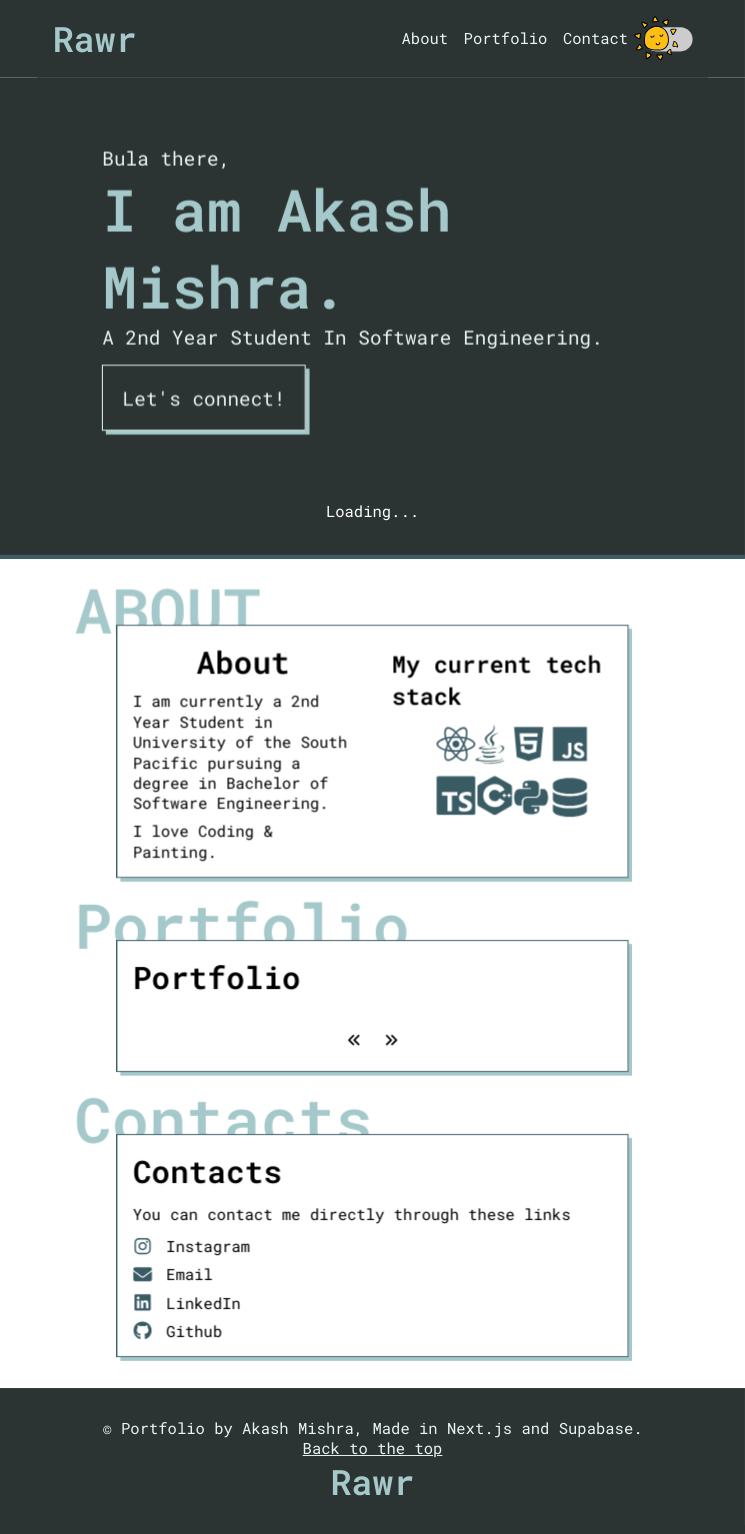
Repository: akashrawr/personal-portfolio
Page: /
An editor plug-in stored every save of this project. The page is shown before and after the next save, followed by the edit.
The browser window is 768 px wide. The pictures show the whole page, at 97% of full size.
The page's requests for data from a server got no answer. The project was rebuilt for these pictures with package versions that can differ from the ones it lists, and the page was loaded fresh each time. The framework's server and built-in components were replaced by stand-ins that run in the browser. No one was signed in, and anything a server would have sent is missing. Also part of the build but not shown: next.config.ts.

Above is the page before, as saved 2025-01-03 20:35:55.

### app/layout.tsx
import type { Metadata } from "next";
import { Geist, Geist_Mono } from "next/font/google";
import "./globals.css";

const geistSans = Geist({
  variable: "--font-geist-sans",
  subsets: ["latin"],
});

const geistMono = Geist_Mono({
  variable: "--font-geist-mono",
  subsets: ["latin"],
});

export const metadata: Metadata = {
  title: "akashrawr",
  description: "Personal Portfolio",
};

export default function RootLayout({
  children,
}: Readonly<{
  children: React.ReactNode;
}>) {
  return (
    <html lang="en" translate="no"> {/* Prevent translation of the entire page */}
      <head>
        <meta charSet="UTF-8" />
        <meta httpEquiv="Content-Language" content="en" /> {/* Explicitly set content language */}
        <meta name="google" content="notranslate" /> {/* Inform Google to not translate */}
        <link rel="icon" href="/rawr.ico" type="image/x-icon" />
        <title>akashrawr</title>
        <meta name="description" content="My Personal Portfolio" />
      </head>
      <body className={`${geistSans.variable} ${geistMono.variable} antialiased`}>
        <div className="notranslate">
          {children}
        </div>
      </body>
    </html>
  );
}

### app/page.tsx
"use client"; // Enables client-side functionality
import React, { useState, useEffect } from "react";
import AOS from "aos";
import "aos/dist/aos.css";
import "./globals.css"; // Import global styles

// Import components
import Header from "./components/Header";
import Hero from "./components/Hero";
import About from "./components/About";
import Portfolio from "./components/Portfolio";
import Contact from "./components/Contact";
import Footer from "./components/Footer";

const Page: React.FC = () => {
  useEffect(() => {
    AOS.init({ once: true, delay: 0 });
  }, []);

  const [isNavVisible, setIsNavVisible] = useState(false);
  const [darkMode, setDarkMode] = useState(false);

  const toggleNav = () => {
    setIsNavVisible(!isNavVisible);
  };

  const toggleDarkMode = () => {
    setDarkMode(!darkMode);
    document.body.classList.toggle("dark-mode", !darkMode);
  };

  return (
    <div>
      <Header
        isNavVisible={isNavVisible}
        toggleNav={toggleNav}
        darkMode={darkMode}
        toggleDarkMode={toggleDarkMode}
      />
      <main>
        <Hero />
        <About />
        <Portfolio />
        <Contact />
      </main>
      <Footer />
    </div>
  );
};

export default Page;

### app/globals.css
@import url("https://fonts.googleapis.com/css2?family=Roboto+Mono:wght@300;400;600&display=swap");

:root {
  --primary-color: #2c3333;
  --secondary-color: #395b64;
  --accent-1: #a5c9ca;
  --accent-2: #e7f6f2;
  --neutral-1: black;
  --neutral-2: white;
  --neutral-3: white;
  --neutral-4: black;
  --icon-1: #395b64;

  --dark-primary-color: #121212;
  --dark-secondary-color: #1f1f1f;
  --dark-accent-1: #6c757d;
  --dark-accent-2: #adb5bd;
  --dark-neutral-1: #ffffff;
  --dark-neutral-2: #121212;
  --dark-neutral-3:#1f1f1f;
  --dark-neutral-4: #938f8f;
  --dark-icon-1: #938f8f;

}

*,
*::after,
*::before {
  margin: 0;
  padding: 0;
  font-family: "Roboto Mono", monospace;
  box-sizing: border-box;


}

html {
  scroll-behavior: smooth;
}

body {
  overflow-x: hidden;
  background-color: var(--neutral-3);
  color: var(--neutral-1);
  font-family: "Roboto Mono", monospace;
}

body.dark-mode {
  --primary-color: var(--dark-primary-color);
  --secondary-color: var(--dark-secondary-color);
  --accent-1: var(--dark-accent-1);
  --accent-2: var(--dark-accent-2);
  --neutral-1: var(--dark-neutral-1);
  --neutral-2: var(--dark-neutral-2);
  --neutral-3: var(--dark-neutral-3);
  --neutral-4: var(--dark-neutral-4);
  --icon-1:var(--dark-icon-1);
}


/* Navbar styles */

header {
  display: flex;
  align-items: center;
  justify-content: center;

  max-width: 100vw;
  background-color: var(--primary-color);
}

a {
  font-size: 14px;
  text-decoration: none;
}

h1 {
  font-family: "Roboto Mono", monospace;
}

.navbar-nav {
  display: flex;
  align-items: center;
  justify-content: space-between;
  background-color: var(--primary-color);
  padding: 1rem;
  width: 90%;
}

.nav-logo {
  grid-column: 1;
}

.nav-logo > h1 {
  font-size: 30px;
  color: var(--accent-1);
}

.primary-nav {
  display: flex;
  list-style: none;
  gap: 16px;

  grid-column: 2;
  justify-self: end;
}

.mobile-nav-toggle {
  display: none;
  cursor: pointer;
}

.nav-link:link,
.nav-link:visited {
  font-size: 16px;
  color: var(--accent-2);

  transition: 300ms ease-in-out;
}

.nav-link:hover {
  font-weight: 600;
  color: var(--accent-1);
}

.user-icon {
  width: 24px;
  height: 24px;
  fill: var(--accent-1);
  transition: fill 0.3s ease;
}

.user-icon:hover {
  fill: var(--accent-1);
}

/* Dark mode toggle button */
.theme-toggle {
  background: none;
  border: none;
  cursor: pointer;
  padding: 8px;
  display: flex;
  align-items: center;
}

.nav-icons {
  --size: 30px;
  width: var(--size);
  aspect-ratio: 1;
  cursor: pointer;
}



@media only screen and (max-width: 35em) {
  .primary-nav {
    position: fixed;
    top: 0;
    right: 0;
    bottom: 0;
    width: 125px;

    flex-direction: column;
    padding: min(15vh, 3rem) 1rem;
    background-color: var(--primary-color);
    border-left: 2px solid rgb(111, 111, 111); /* Add this line for the left border */

    z-index: 9999;

    transform: translateX(100%);
    transition: transform 350ms ease-out;
  }


  .nav-link:link,
  .nav-link:visited {
    font-size: 15px;
    color: var(--accent-1);
  }

  .primary-nav[data-visible="true"] {
    transform: translateX(0%);
  }

  .mobile-nav-toggle[aria-expanded="true"] {
    background: url('data:[embedded picture, 416 characters]') center center no-repeat;
  }

  .mobile-nav-toggle {
    display: block;
    position: absolute;
    background: url('data:[embedded picture, 417 characters]') center center no-repeat;

    width: 1.25rem;
    aspect-ratio: 1;

    border: none;

    top: 1.4rem;
    right: 2.5rem;
    z-index: 10000;

    transition: 250ms ease-in-out;
  }
}

/* Section styles */

section {
  display: flex;
  align-items: center;
  justify-content: center;

  max-width: 100vw;
  position: relative;
}

/* HERO SECTION */
#hero {
  background-color: var(--primary-color);
  border-bottom: 4px solid var(--icon-1);
  padding: 2.2rem;
}

/* Main container for text and image */
.hero-main-container {
  display: flex;
  flex-wrap: wrap;
  align-items: center;
  justify-content: space-between;
  gap: 16px;
}

/* Text Container */
.hero-container {
  flex: 1;
  display: flex;
  flex-direction: column;
  gap: 16px;
  padding: 2.2rem;
  width: 90%;
  height: 350px;
  animation: fade-in 500ms linear forwards;
}

.hero-text-container > h2 {
  font-size: 28px;
  color: var(--accent-1);
}

.hero-text-container > p {
  font-size: 12px;
  color: var(--accent-2);
}

.hero-button {
  align-self: flex-start;

  font-size: 14px;
  padding: 1em;

  color: var(--accent-2);
  background-color: transparent;

  border: 1px solid var(--accent-2);
  box-shadow: 4px 4px 0px var(--accent-1);

  transition: 300ms ease-in-out;
}

.hero-button:hover {
  background-color: var(--accent-2);
  color: var(--primary-color);
  box-shadow: 6px 6px 0px var(--secondary-color);
}

/* Image Container */
.hero-img {
  flex: 1;
  display: flex;
  justify-content: center;
  align-items: center;
}

.hero-image {
  max-width: 50%;
  height: auto;
  border-radius: 10px;
  box-shadow: 0 4px 8px rgba(0, 0, 0, 0.1);
  border: 1px solid var(--secondary-color);
  background-color: var(--neutral-2);
  box-shadow: 4px 4px 0px var(--accent-1);
}

.hero-img p{
color:white;
}


/* Responsive Styles */
@media screen and (max-width: 768px) {
  .hero-main-container {
    flex-direction: column;
  }
  .hero-img {
    margin-top: 20px;
  }
  .hero-container, .hero-image {
    max-width: auto;
    height: auto;
  }
  .hero-text-container {
    text-align: left;
    max-width: 100%;
  }


}
.hero-text-container > h2 {
  font-size: 24px;
  color: var(--accent-1);
}
.hero-text-container > p {
  font-size: 16px;
}
.project-card > h3 {
  font-size: 12px;
  color: var(--secondary-color);
}

/* ABOUT */

#about {
  padding: 2rem;
  margin-top: 36px;
  animation: fade-in 500ms linear forwards;

}

.wave-asset {
  width: 100%;
  position: absolute;

  top: 0;
  left: 0;
}

.about-container {
  display: flex;
  align-items: center;
  justify-content: center;
  background-color: var(--neutral-2);
  width: 90%;
  z-index: 999;
}

.about-card,
.portfolio-card,
.contact-card {
  display: flex;
  flex-direction: column;
  gap: 16px;
  border: 1px solid var(--secondary-color);
  background-color: var(--neutral-2);

  width: 100%;
  padding: 1rem;

  box-shadow: 4px 4px 0px var(--accent-1);
}

.about-content,
.portfolio-content {
  width: 100%;
  display: flex;
  flex-direction: column;
  gap: 8px;
}

.about-content > h2,
.about-content > h3 {
  color: var(--neutral-4);
}

.about-content > p {
  font-size: 12px;
  color: var(--neutral-4);
}

.tech-stack-grid {
  width: 65%;
  display: grid;
  grid-template-columns: repeat(4, 1fr);
  place-items: center;
}

.tech-stack {
  --size: 30px;
  width: var(--size);
  aspect-ratio: 1;
}

/* Portfolio container */

#portfolio {
  padding: 2rem;
  animation: fade-in 500ms linear forwards;
}

.portfolio-container {
  width: 90%;
  z-index: 999;
}

.project-container {
  display: grid;
  grid-template-columns: repeat(2, 1fr);
  gap: 16px;
}

.portfolio-content > h2 {
  color: var(--neutral-4);
}

.project-card {
  display: flex;
  flex-direction: column;
  gap: 4px;

  padding: 1rem;
  border-radius: 8px;
  border: 1px solid var(--accent-1);
}

.project-card > h3 {
  color: var(--neutral-4);
}

.project-card > h5 {
  color: var(--neutral-4);
  opacity: 0.5;
}

.project-card > p {
  font-size: 12px;
  width: 100%;
  display: -webkit-box;
  -webkit-box-orient: vertical;
  -webkit-line-clamp: 3;
  overflow: hidden;
  color: var(--neutral-4);
}

.project-img {
  width: 100%;
  aspect-ratio: 16/9;
}

.project-card-links {
  align-self: flex-end;

  margin-top: 10px;
  display: flex;
  align-items: center;
  gap: 12px;
}

.project-icons {
  --size: 20px;
  width: var(--size);
  aspect-ratio: 1;
}

.project-card-links > a {
  display: flex;
  align-items: center;
  color: var(--neutral-4);
  font-size: 10px;
  gap: 4px;
}

.project-card-links > a:link,
.project-card-links > a:visited {

  color: var(--neutral-4);
}

.project-card-links > a:hover {
  font-weight: 600;
  color: var(--accent-1);
}

/* CONTACT */
#contact {
  padding: 2rem;
  animation: fade-in 500ms linear forwards;
}

.contact-container {
  width: 90%;
  z-index: 999;
}

.contact-card {
  width: 100%;
  gap: 12px;
}
.contact-card > h2 {
    color: var(--neutral-4);
}

.contact-card > p {
  font-size: 12px;
  color: var(--neutral-4);
}

.contact-links {
  display: flex;
  flex-direction: column;
  gap: 8px;
}

.contact-links > a {
  display: flex;
  align-items: center;
  gap: 8px;
}

.contact-links > a:link,
.contact-links > a:visited {
  color: var(--neutral-4);
}

.contact-links > a:hover {
  font-weight: 600;
  color: var(--accent-1);
}
.contact-icons {
  --size: 20px;
  width: var(--size);
  aspect-ratio: 1;
}

/* extras */
.section-highlight {
  font-size: 4rem;
  font-weight: 600;
  opacity: 0.5;
  color: var(--accent-1);

  position: absolute;
  top: 0;
  left: 100px;
}

/* footer */
footer {
  display: flex;
  align-items: center;
  justify-content: center;
  color: var(--accent-2);
  max-width: 100vw;
  background-color: var(--primary-color);
  min-height: 150px;
}

.footer-content {
  text-align: center;
  font-size: 12px;
  width: 90%;

  color: var(--accent-2);
}

.footer-content > p {
  text-decoration: underline;
}

.footer-content > a {
  text-decoration: underline;
}

.footer-content > a:link,
.footer-content > a:visited {
  color: var(--accent-2);
}

.footer-content > a:hover {
  color: var(--accent-1);
}
/* media queries */

@media only screen and (max-width: 35em) {
  .hero-container {
    padding: 1rem;
    height: 200px;
  }
  .project-container {
    grid-template-columns: 1fr;
  }
  .tech-stack-grid {
    width: 100%;
  }
  .section-highlight {
    font-size: 3.5rem;
    top: -16px;
    left: 6vw;
  }
}

@media only screen and (min-width: 35em) {
  .hero-container {
    height: 250px;
  }
  .about-container,
  .portfolio-container,
  .contact-container {
    width: 75%;
  }

  .about-card,
  .portfolio-card {
    align-items: center;
    justify-content: center;
    flex-direction: row;
    gap: 20px;
  }

  .section-highlight {
    top: -26px;
    left: 10vw;
  }
}

@media only screen and (min-width: 768px) {
  .nav-logo > h1 {
    font-size: 36px;
  }

  /* hero */
  .hero-container {
    height: 350px;
  }

  .hero-text-container > p {
    font-size: 20px;
  }

  .hero-text-container > h2 {
    font-size: 60px;
  }

  .hero-button {
    font-size: 20px;
  }

  /* about */
  .about-card {
    gap: 40px;
  }

  .about-content > h2 {
    font-size: 32px;
  }

  .about-content > h3 {
    font-size: 24px;
  }

  .about-content > p {
    font-size: 16px;
  }

  .tech-stack-section {
    align-self: flex-start;
    margin-top: 8px;
  }

  .tech-stack {
    --size: 40px;
    width: var(--size);
    aspect-ratio: 1;
  }

  /* portfolio */
  .portfolio-content > h2 {
    font-size: 32px;
  }

  .project-card > h3 {
    font-size: 24px;
  }

  .project-card > h5,
  .project-card > p {
    font-size: 16px;
  }

  .project-card-links > a {
    font-size: 16px;
  }

  /* contacts */
  .contact-card > h2 {
    font-size: 32px;
  }

  .contact-card > p {
    font-size: 16px;
  }

  .contact-links > a {
    font-size: 16px;
  }
  .footer-content,
  .footer-content > a {
    font-size: 16px;
  }
}

@media only screen and (min-width: 1024px) {
  .section-highlight {
    top: -26px;
    left: 10vw;
  }
}

@keyframes fade-in {
  0% {
    opacity: 0;
  }
  100% {
    opacity: 1;
  }
}

/* Adjust specific sections as needed for React-specific behaviors */
.primary-nav.visible {
  transform: translateX(0%);
}

/* The switch - the box around the slider */
.switch {
  position: relative;
  display: inline-block;
  width: 50px;
  height: 25px;
}

/* Hide default HTML checkbox */
.switch input {
  opacity: 0;
  width: 0;
  height: 0;
}

/* The slider */
.slider {
  position: absolute;
  cursor: pointer;
  top: 0;
  left: 0;
  right: 0;
  bottom: 0;
  background-color: #ccc;
  -webkit-transition: .4s;
  transition: .4s;
  border-radius: 25px; /* Rounded edges for the slider */
  display: flex;

  align-items: center;
}

/* Adjust the icon size to 48x48 pixels */
.slider .icon {
  position: absolute;
  width: 48px;
  height: 48px;
  transition: .4s;
}

/* When the input is checked (dark mode is on) */
input:checked + .slider {
  background-color: #3e4346; /* Change background color on check */
}

input:focus + .slider {
  box-shadow: 0 0 1px #2196F3;
}

/* Move the icons when the input is checked (dark mode) */
input:checked + .slider .icon {
  transform: translateX(20px); /* Move the icon to the right */
}

/* Default state (light mode) */
input:not(:checked) + .slider .icon {
  transform: translateX(-15px) translateY(-2px); /* Icon remains in the default position */
  width: 52px; /* Further reduced icon size for very small screens */
  height: 52px; /* Further reduced icon size for very small screens */
}

.about-icon {
  color: var(--icon-1); /* Change to any shade of blue you prefer */
  font-size: 3rem; /* Adjust size as needed */
  margin: 0.5rem;
}

.project-icons {
  margin-right: 0.5rem; /* Space between icon and text */
  font-size: 1.5rem; /* Adjust icon size */
  color: inherit; /* Match the color of the link */
}

.contact-icons {
  margin-right: 0.5rem; /* Space between icon and text */
  font-size: 1.5rem; /* Adjust icon size */
  color: var(--icon-1);
}

/* Responsive Adjustments */
@media (max-width: 768px) {
  .about-icon {
    font-size: 2.5rem; /* Slightly smaller on smaller devices */
    margin: 0.4rem;
  }

  .project-icons {
    font-size: 1.2rem; /* Smaller icon size on smaller screens */
    margin-right: 0.4rem;
  }

  .contact-icons {
    font-size: 1.2rem; /* Smaller icon size on smaller screens */
    margin-right: 0.4rem;
  }
}

@media (max-width: 480px) {
  .about-icon {
    font-size: 2rem; /* Even smaller on very small devices */
    margin: 0.3rem;
  }

  .project-icons {
    font-size: 1rem; /* Further reduced icon size for very small screens */
    margin-right: 0.3rem;
  }

  .contact-icons {
    font-size: 1rem; /* Further reduced icon size for very small screens */
    margin-right: 0.3rem;
  }
}

.pagination {
  display: flex;
  justify-content: center;
  align-items: center;
  margin-top: 1rem;
}

.pagination a {
  color: var(--neutral-4);
  padding: 8px 16px;
  text-decoration: none;
}

.pagination a.active {
  background-color: #395b64;
  color: white;
}

.pagination a:disabled {
  color: grey;
  pointer-events: none;
}

/* Responsive Adjustments */
@media (max-width: 768px) {
  .pagination a {
    padding: 6px 12px; /* Smaller padding for smaller screens */
    font-size: 0.9rem; /* Slightly smaller font size */
  }

  .pagination {
    margin-top: 0.75rem; /* Adjust margin top for smaller screens */
  }
}

@media (max-width: 480px) {
  .pagination a {
    padding: 4px 8px; /* Even smaller padding for very small screens */
    font-size: 0.8rem; /* Smaller font size for very small screens */
  }

  .pagination {
    margin-top: 0.5rem; /* Adjust margin top for very small screens */
  }
}

### app/components/Hero.tsx
import React, { useEffect, useState } from 'react';
import supabase from '../utils/supabaseClient';  // Adjust path if in 'utils'
import Image from 'next/image';  // Import Image from next/image

function Hero() {
  const [heroImage, setHeroImage] = useState<string | null>(null);

  useEffect(() => {
    const fetchHeroImage = async () => {
      const { data, error } = await supabase
        .from('hero')  // Table name is 'hero'
        .select('image_path')        // Only selecting 'image_path' column
        .limit(1);                   // Limiting to only one result (first row)

      if (error) {
        console.error('Error fetching hero image:', error);
      } else {
        setHeroImage(data?.[0]?.image_path || null);
      }
    };

    fetchHeroImage();
  }, [supabase]); // Including 'supabase' as a dependency

  return (
    <section id="hero">
      <div className="hero-main-container">
        {/* Text and Button Container */}
        <div className="hero-container">
          <div className="hero-text-container" data-aos="fade-up">
            <p>Bula there,</p>
            <h2>I am Akash Mishra.</h2>
            <p>A 2nd Year Student In Software Engineering.</p>
          </div>
          <a href="#contact" className="hero-button" data-aos="fade-up">
            Let&apos;s connect!
          </a>
        </div>

        {/* Image Container */}
        <div className="hero-img" data-aos="fade-up">
          {heroImage ? (
            <Image
              className="hero-image"
              src={heroImage}
              alt="Akash"
              layout="responsive"
              width={500}
              height={500}
            />
          ) : (
            <p>Loading...</p>
          )}
        </div>
      </div>
    </section>
  );
}

export default Hero;

### app/components/Contact.tsx
import React from "react";
import { FontAwesomeIcon } from "@fortawesome/react-fontawesome";
import { faInstagram, faGithub, faLinkedin } from "@fortawesome/free-brands-svg-icons";
import { faEnvelope } from "@fortawesome/free-solid-svg-icons";

const Contact: React.FC = () => {
  return (
    <section id="contact">
      <h2 className="section-highlight" data-aos="fade-up">
        Contacts
      </h2>
      <div className="contact-container" data-aos="fade-up">
        <div className="contact-card">
          <h2>Contacts</h2>
          <p>You can contact me directly through these links</p>

          <div className="contact-links">
            <a href="https://www.instagram.com/_acnologxa" className="contact-link">
              <FontAwesomeIcon icon={faInstagram} className="contact-icons" />
              Instagram
            </a>

            <a href="mailto:akashkm553@gmail.com" className="contact-link">
              <FontAwesomeIcon icon={faEnvelope} className="contact-icons" />
              Email
            </a>

            <a href="https://www.linkedin.com/in/akashmishra-rawr" className="contact-link">
              <FontAwesomeIcon icon={faLinkedin} className="contact-icons" />
              LinkedIn
            </a>

            <a href="https://github.com/akashrawr" className="contact-link">
              <FontAwesomeIcon icon={faGithub} className="contact-icons" />
              Github
            </a>
          </div>
        </div>
      </div>
    </section>
  );
};

export default Contact;

### app/components/Footer.tsx
import React from 'react';

const Footer: React.FC = () => {
  return (
    <footer>
      <div className="footer-content">
        © Portfolio by Akash Mishra, Made in Next.js and Supabase. <br />
        <a href="#hero">Back to the top</a>
        <div className="nav-logo">
          <h1>Rawr</h1>
        </div>
      </div>
    </footer>
  );
};

export default Footer;

### app/utils/supabaseClient.ts
import { createClient } from '@supabase/supabase-js';

// Fetch environment variables
const supabaseUrl = process.env.NEXT_PUBLIC_SUPABASE_URL || '';
const supabaseKey = process.env.NEXT_PUBLIC_SUPABASE_KEY || '';

// Initialize the Supabase client
const supabase = createClient(supabaseUrl, supabaseKey);

export default supabase;

Loaded but not shown: app/components/Header.tsx (89 lines, source omitted); app/components/Portfolio.tsx (139 lines, source omitted); app/components/About.tsx (59 lines, source omitted)

After the next save:
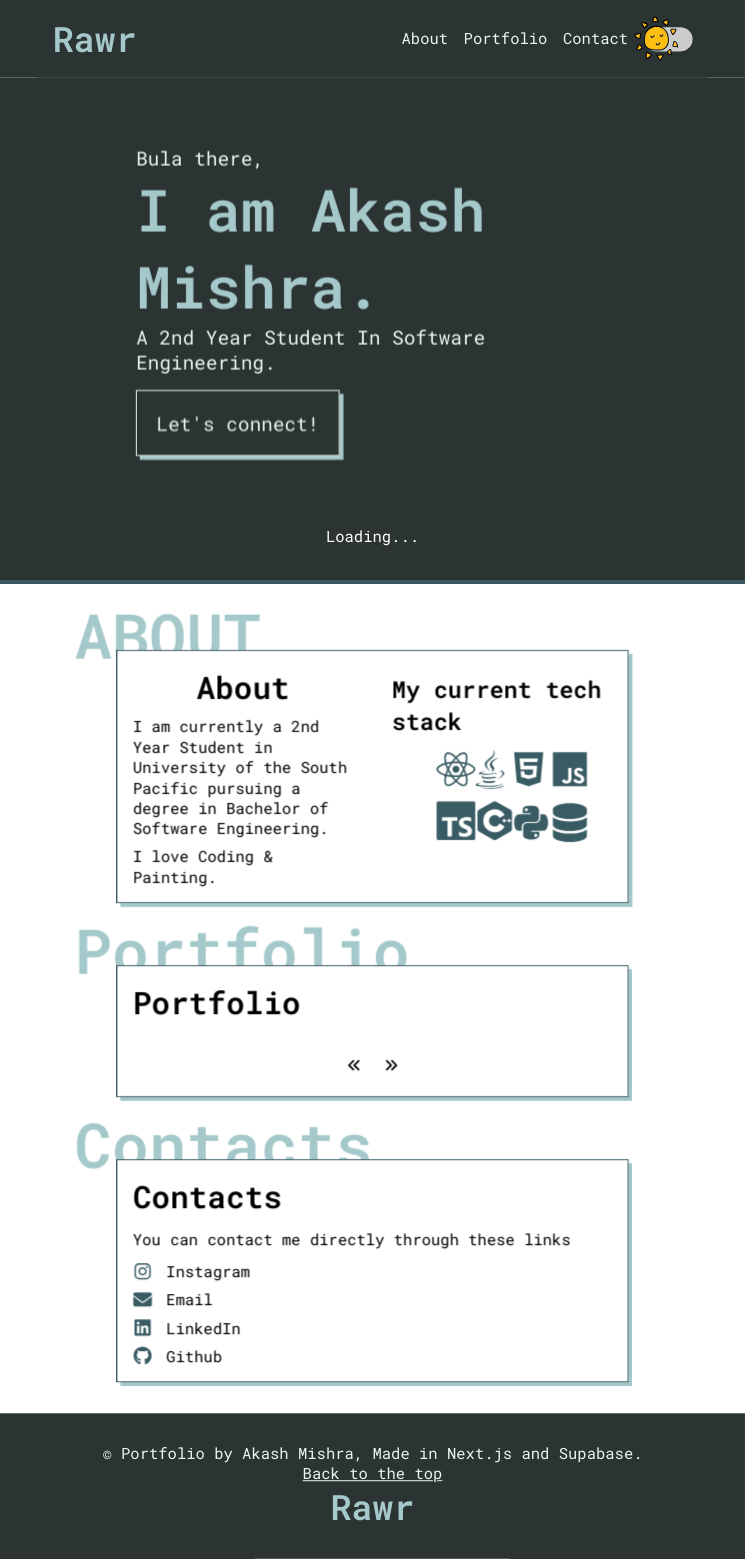
Saved 12 s later.
--- a/app/globals.css
+++ b/app/globals.css
@@ -307,7 +307,7 @@ color:white;
     margin-top: 20px;
   }
   .hero-container, .hero-image {
-    max-width: auto;
+    max-width: 80%;
     height: auto;
   }
   .hero-text-container {
